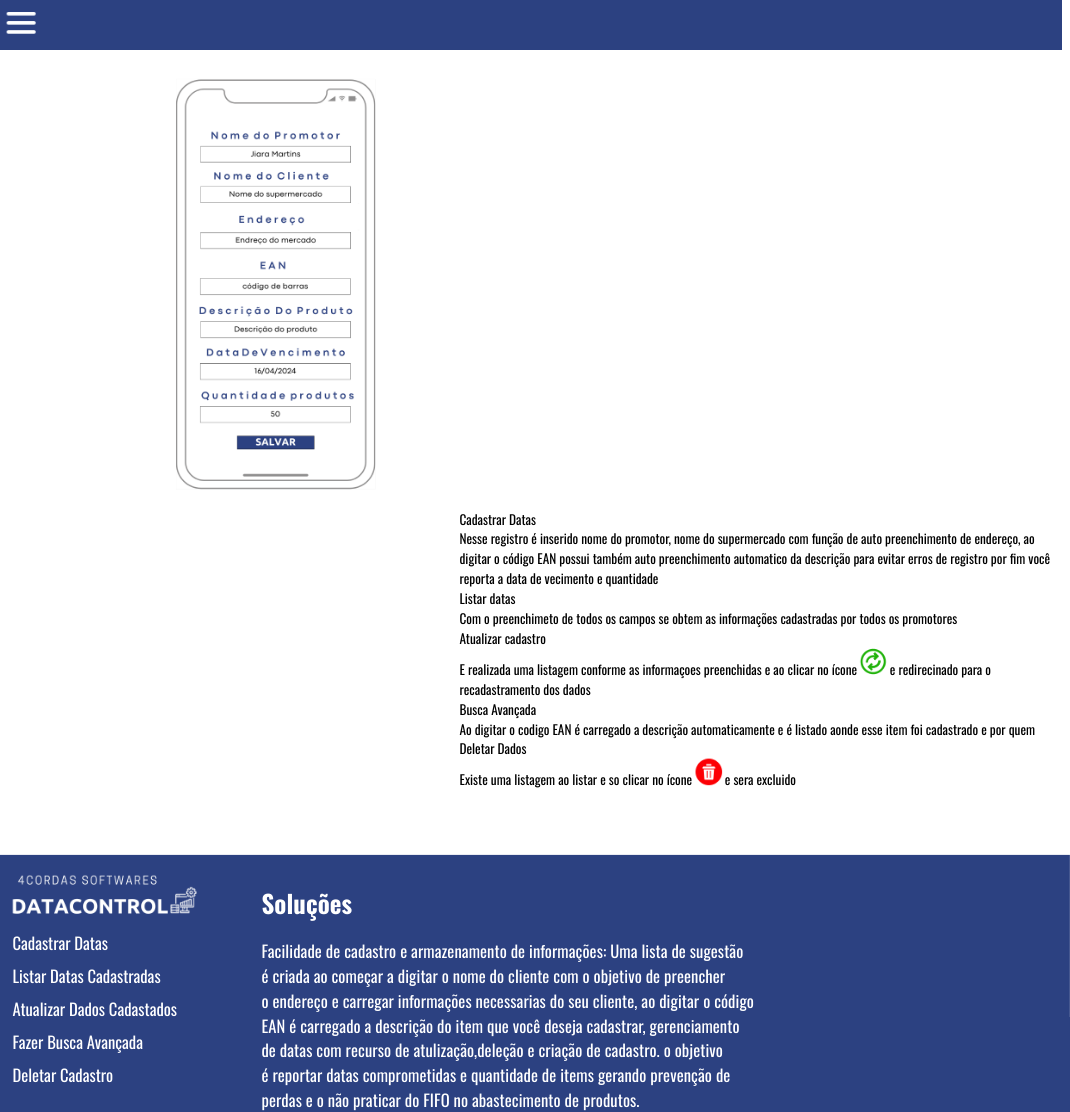
Repository: alfredo-allan/ControleDeDatasFrontEnd
Page: index.html
The author's editor kept a copy of each file at every save. The page is drawn from the files as they stood at one save, then again after a run of saves.
The browser window is 1280 px wide. The page is 1289 px wide, so the pictures cover 1289 px, including what lies to the right of the window. The pictures show the whole page, at 83% of full size.

Above is the page before, as saved 2024-04-30 14:33:00.
Console error: TypeError: Cannot read properties of null (reading 'addEventListener')

### index.html
<!DOCTYPE html>
<html lang="pt-BR">
  <head>
    <meta charset="UTF-8" />
    <meta name="viewport" content="width=device-width, initial-scale=1.0" />
    <link rel="stylesheet" href="./style/style.css" />
    <link rel="preconnect" href="https://fonts.googleapis.com" />
    <link rel="preconnect" href="https://fonts.gstatic.com" crossorigin />
    <link
      href="https://fonts.googleapis.com/css2?family=Oswald:wght@200..700&display=swap"
      rel="stylesheet"
    />
    <title>Controle de Datas</title>
  </head>
  <body>
    <div class="header">
      <div id="menu-icon">
        <img id="icon-menu" src="./images/barra-de-menu.png" alt="" />
      </div>
      <div id="titulo">
        <!-- <h1>Controle De Datas</h1> -->
      </div>
      <div id="menu-options">
        <ul>
          <!-- <img id="usuario" src="./images/usuario-exemplo.jpg" alt="" /> -->
          <a href="pages/cadastro.html"><li>Cadastrar Datas</li></a>
          <a href="pages/listagem.html"><li>Listar Datas</li></a>
          <a href="pages/atualizar.html"><li>Atualizar Cadastro</li></a>
          <a href="pages/buscaavancada.html"><li>Busca Avançada</li></a>
          <a href="pages/deletar.html"><li>Deletar Dados</li></a>
        </ul>
      </div>
    </div>
    <img id="instrucao" src="./images/CadastrarDatas.png" alt="">
    <div class="coluna">
    <ul>
      <span>Cadastrar Datas</span>
      <li>Nesse registro é inserido nome do promotor, nome do supermercado com função de auto preenchimento de endereço, ao digitar o código EAN possui também auto preenchimento automatico da descrição para evitar erros de registro por fim você reporta a data de vecimento e quantidade</li>
      <span>Listar datas</span>
      <li>Com o preenchimeto de todos os campos se  obtem as informações cadastradas por todos os promotores</li>
      <span>Atualizar cadastro</span>
      <li>E realizada uma listagem conforme as informaçoes preenchidas e ao clicar no ícone <img src="./images/repetir.png" alt=""> e redirecinado para o recadastramento dos dados</li>
      <span>Busca Avançada</span>
      <li>Ao digitar o codigo EAN é carregado a descrição automaticamente e é listado aonde esse item foi cadastrado e por quem</li>
      <span>Deletar Dados</span>
      <li>Existe uma listagem ao listar e so clicar no ícone <img src="./images/excluir.png" alt=""> e sera excluido</li>
    </ul>
    </div>
    </div>
    <div class="footer">
      <div id="mapa" class="col-sm-6">
        <img id="tootext" src="./images/data.png" alt="" />
        <ul id="mapadosite">
          <a href="./pages/cadastro.html"><li>Cadastrar Datas</li></a>
          <a href="./pages/listagem.html"><li>Listar Datas Cadastradas</li></a>
          <a href="./pages/atualizar.html"
            ><li>Atualizar Dados Cadastados</li></a
          >
          <a href="./pages/buscaavancada.html"><li>Fazer Busca Avançada</li></a>
          <a href="./pages/deletar.html"><li>Deletar Cadastro</li></a>
        </ul>
      </div>
      <div id="solucao" class="col-sm-6">
        <span>Soluções</span>
        <p>
          Facilidade de cadastro e armazenamento de informações: Uma lista de
          sugestão <br />
          é criada ao começar a digitar o nome do cliente com o objetivo de
          preencher <br />
          o endereço e carregar informações necessarias do seu cliente, ao
          digitar o código <br />
          EAN é carregado a descrição do item que você deseja cadastrar,
          gerenciamento <br />
          de datas com recurso de atulização,deleção e criação de cadastro. o
          objetivo <br />
          é reportar datas comprometidas e quantidade de items gerando prevenção
          de <br />
          perdas e o não praticar do FIFO no abastecimento de produtos.
        </p>
      </div>
    </div>
  </body>
  <script src="./js/script.js"></script>
</html>

### style/style.css
:root {
  --cor-azul: rgb(44, 65, 129);
  --oswald-font: "Oswald", sans-serif;
  --luthier-font: "Luthier";
}

body {
  font-family: var(--oswald-font);
}

@font-face {
  font-family: "Luthier";
  src: url("../fonts/LuthierFF/Luthier-Regular.ttf") format("truetype");
  /* Adicione mais formatos (e.g. woff, woff2) conforme necessário */
}

#titulo h1 {
  font-family: var(--luthier-font);
  letter-spacing: 3px;
  font-weight: 900;
  color: white;
  margin-top: -30px;
  margin-left: 55px;
}

.column {
  display: flex;
  flex-direction: column;
  align-items: center;
  padding: 10px 20px 15px 15px;
  border: 1px solid #ccc;
  border-radius: 5px;
  width: 300px;
  margin: 0 auto;
  span {
    font-weight: 900;
    font-family: var(--luthier-font);
    letter-spacing: 3px;
    margin-bottom: 10px;
    color: var(--cor-azul);
  }
}

#logo img {
  margin-top: 200px;
  width: 250px;
  margin-left: 50px;
}

#logo {
  h1 {
    text-align: center;
    text-wrap: nowrap;
    font-size: 25px;
    font-family: var(--oswald-font);
    font-weight: 900;
    letter-spacing: 2px;
    color: var(--cor-azul);
  }
}

#form {
  margin-top: 80px;
}

input {
  margin-bottom: 5px;
  padding: 5px;
  width: 100%;
  box-sizing: border-box;
  font-weight: 600;
  margin-bottom: 10px;
}

input::placeholder {
  text-align: center;
  color: gray;
  font-family: var(--oswald-font);
  font-weight: 400;
}

input:focus {
  outline-color: var(--cor-azul); /* Altere a cor aqui */
}

.header {
  position: fixed;
  top: 0;
  left: 0;
  width: 100%;
  height: 60px;
  background-color: var(--cor-azul);
}

#icon-menu {
  width: 35px;
  margin-top: 10px;
  z-index: 1;
  margin-left: 8px;
  cursor: pointer;
}

#menu-options ul {
  list-style: none;
  padding: 0;
  margin-left: 5px;
  font-size: 20px;
  font-weight: 500;
  text-wrap: nowrap;
  font-family: var(--oswald-font);
  z-index: 999;
}

#menu-options ul li {
  padding: 10px;
  letter-spacing: 2px;
  cursor: pointer;
  z-index: 999;
}

a {
  text-decoration: none; /* Remove sublinhado */
  color: inherit; /* Mantém a cor padrão do texto */
  /* Adicione quaisquer outros estilos desejados para o link */
}

#menu-options {
  display: none;
  position: absolute;
  top: 0;
  left: 0;
  margin-top: 60px;
  width: 55%;
  height: 41vh;
  border-bottom-right-radius: 15px;
  background-color: var(--cor-azul);
  color: white;
  font-family: var(--oswald-font);
  font-weight: 900;
  z-index: 999;
}

button {
  text-align: center;
  width: 110px;
  height: 30px;
  padding: 6px 30px;
  background-color: rgba(44, 65, 129, 0.897);
  border-radius: 5px;
  color: white;
  border: none;
  border-radius: 5px;
  cursor: pointer;
  font-family: var(--oswald-font);
}

button:focus {
  outline: 2px solid var(--cor-azul);
}

.footer {
  width: 102%;
  position: relative;
  margin-top: 5%;
  margin-left: -8px;
  margin-bottom: -20px;
  background-color: var(--cor-azul);
}

.footer img {
  width: 300px;
  height: 60px;
  margin-top: 2px;
  cursor: pointer;
  margin-left: 10px;
}

#autocomplete-list-id {
  background-color: #f1f1f1;
  border: 1px solid #d4d4d4;
  color: var(--cor-azul);
  border-top: none;
  max-height: 200px;
  overflow-y: auto;
  position: absolute;
  /* z-index: 999; */
  margin-top: -10px;
  margin-left: 60px;
}

.autocomplete-items div {
  padding: 10px;
  cursor: pointer;
  background-color: #fff;
  border-bottom: 1px solid #d4d4d4;
}

.autocomplete-items div:hover {
  background-color: #e9e9e9;
}

.autocomplete-items div strong {
  font-weight: bold;
}

#data-list {
  margin: 0 auto;
  left: 50%;
  transform: translateX(-50%);
  margin: 0 auto;
  left: 50%;
  top: 60%;
  transform: translate(-50%, -50%);
  /* border: 1px solid var(--cor-azul); */
  color: var(--cor-azul);
  border-radius: 5px;
  max-height: 330px;
  overflow-y: auto;
  position: absolute;
  z-index: -1;
  margin-top: 110px;
  margin-left: 0px;
  width: 336px;
  list-style: none;
  .name {
    font-family: var(--oswald-font);
    font-weight: 900;
    font-size: 17px;
  }
  .item {
    font-family: var(--oswald-font);
    font-weight: 500;
    font-size: 15;
    color: rgb(0, 0, 0);
  }
}

/* #promotor {
  line-height: 60px;
} */

#data-list {
  /* Estilos do elemento #data-list */
  /* Defina outras propriedades conforme necessário */

  scrollbar-color: var(--cor-azul) var(--cor-azul); /* Cor da barra de rolagem e do fundo da barra */
}

#data-list::-webkit-scrollbar {
  width: 10px; /* Largura da barra de rolagem */
}

#data-list::-webkit-scrollbar-thumb {
  background-color: white; /* Cor da barra de rolagem */
  border-radius: 5px; /* Raio de borda da barra de rolagem */
}

#texto-descritivo {
  text-align: justify;
  margin-top: 200px;
  position: fixed;
  font-family: var(--luthier-font);
  letter-spacing: 3px;
  line-height: 2;
  margin-right: 8px;
  font-weight: 900;
  color: var(--cor-azul);
}

#del {
  width: 25px;
  margin: -4px;
  margin-left: 20px;
}

#atualizar {
  width: 25px;
  margin: -5px;
  margin-left: 20px;
}

.video {
  width: 100%;
  height: 100vh; /* Altura ocupando toda a tela */
}

.video video {
  position: fixed;
  top: 0;
  left: 0;
  width: 100%;
  height: 20%;
  object-fit: cover;
  margin-top: 52px;
}

.modal {
  display: none; /* Escondido por padrão */
  position: fixed;
  z-index: 1;
  left: 0;
  top: 0;
  width: 100%;
  height: 100%;
  overflow: auto;
  background-color: rgba(0, 0, 0, 0.4);
}

.modal-content {
  background-color: #fefefe;
  margin: 15% auto;
  padding: 20px;
  border: 2px solid #888;
  width: 80%;
  border-radius: 10px;
  p {
    text-align: center;
    font-family: var(--luthier-font);
    letter-spacing: 3px;
    font-weight: 600;
    color: var(--cor-azul);
  }
}

.close {
  color: #aaa;
  float: right;
  font-size: 28px;
  font-weight: bold;
}

.close:hover,
.close:focus {
  color: black;
  text-decoration: none;
  cursor: pointer;
}

#modalbtn {
  text-align: center;
}

#confirmButton {
  margin-right: 5px;
}

#tootext {
  margin-left: -40px;
  margin-top: 20px;
}

#mapadosite {
  font-family: var(--oswald-font);
  list-style: none;
  margin-top: 0px;
  line-height: 40px;
  text-align: left;
  margin-left: -25px;
  color: white;
  font-size: 20px;
}

#mapa {
  text-align: left;
}

#solucao {
  margin-top: -270px;
  margin-left: 315px;
  font-family: var(--oswald-font);
  letter-spacing: 0.1px;
  color: white;
  span {
    font-size: 30px;
    font-weight: 900;
  }
  p {
    font-size: 20px;
    text-align: left;
  }
}

@media (min-width: 310px) and (max-width: 580px) {
  #solucao {
    margin-top: -10px;
    margin-left: -200px;
    text-align: center;
  }
}

@media (min-width: 310px) and (max-width: 580px) {
  #solucao span {
    margin-left: -30px;
  }
}

@media (min-width: 310px) and (max-width: 580px) {
  #solucao p {
    font-size: 20px;
    text-align: left;
    margin-left: 215px;
  }
}

@media (min-width: 310px) and (max-width: 580px) {
  .footer {
    margin-top: 20%;
    position: absolute;
    margin-left: -8px;
    width: 100%;
    margin-bottom: 0px;
  }
}

.footer_pg {
  position: fixed;
  left: 0;
  bottom: 0;
  width: 100%;
  height: 60px;
  background-color: var(--cor-azul);
}

@media (min-width: 310px) and (max-width: 580px) {
  .footer_pg img {
    margin-left: auto;
    margin-right: auto;
    display: block;
  }
}

#instrucao {
  margin-top: 80px;
  width: 250px;
  margin-left: 200px;
}

@media (min-width: 500px) and (max-width: 1200px) {
  #instrucao {
    margin-left: 20px;
  }
}

.coluna {
  display: flex;
  flex-direction: column;
  justify-content: center;
  margin-left: 40%;
  margin-top: ;
  li {
    list-style: none;
  }
  span {
  }

}

### js/script.js
document.addEventListener("DOMContentLoaded", function () {
  carregarDados();

  document
    .getElementById("data-vencimento")
    .addEventListener("input", formatarData);

  document.getElementById("ean").addEventListener("input", function () {
    var eanSelecionado = document.getElementById("ean").value;
    preencherDescricaoPorEAN(eanSelecionado);
  });
});

function formatarData() {
  let inputData = document.getElementById("data-vencimento").value;

  let dataFormatada = inputData.replace(/^(\d{2})(\d{2})(\d{2})$/, "$1/$2/$3");

  document.getElementById("data-vencimento").value = dataFormatada;
}

function preencherDescricaoPorEAN(ean) {
  fetch("../frutap.json")
    .then((response) => response.json())
    .then((data) => {
      const mercados = data.mercados;

      for (let mercado of mercados) {
        const produto = mercado.produtos.find(
          (produto) => produto.codigoEAN === ean
        );
        if (produto) {
          document.getElementById("descricao-produto").value =
            produto.descricao;
          return; // Encerra o loop assim que encontrar o produto correspondente
        }
      }

      // Se não encontrou nenhum produto com o código EAN correspondente
      document.getElementById("descricao-produto").value =
        "Produto não encontrado";
    })
    .catch((error) => {
      console.error("Erro ao carregar os dados do arquivo JSON:", error);
    });
}

function carregarDados() {
  fetch("../frutap.json")
    .then((response) => {
      if (response.ok) {
        return response.json();
      } else {
        throw new Error("Erro ao carregar os dados");
      }
    })
    .then((data) => {
      if (data && data.mercados) {
        const mercados = data.mercados.map((mercado) => mercado.nome);
        const codigosEAN = data.mercados.map((mercado) => mercado.codigoEAN);
        const enderecos = data.mercados.map((mercado) => mercado.endereco);

        autocomplete(document.getElementById("nome-cliente"), mercados, data);
        autocomplete(document.getElementById("ean"), codigosEAN);
        autocomplete(
          document.getElementById("endereco-cliente"),
          enderecos,
          data
        );
      } else {
        console.error("Formato de dados inválido");
      }
    })
    .catch((error) => {
      console.error("Erro ao carregar os dados do arquivo JSON:", error);
    });
}
function autocomplete(inp, arr, data) {
  var currentFocus;

  inp.addEventListener("input", function (e) {
    var a,
      b,
      i,
      val = this.value;
    closeAllLists();
    if (!val) {
      return false;
    }
    currentFocus = -1;
    a = document.createElement("DIV");
    a.setAttribute("id", "autocomplete-list-id");
    a.setAttribute("class", "autocomplete-items");
    this.parentNode.appendChild(a);
    for (i = 0; i < arr.length; i++) {
      if (
        arr[i] &&
        arr[i].substr(0, val.length).toUpperCase() == val.toUpperCase()
      ) {
        b = document.createElement("DIV");
        b.innerHTML = "<strong>" + arr[i].substr(0, val.length) + "</strong>";
        b.innerHTML += arr[i].substr(val.length);
        b.innerHTML += "<input type='hidden' value='" + arr[i] + "'>";
        b.addEventListener("click", function (e) {
          inp.value = this.getElementsByTagName("input")[0].value;
          closeAllLists();
          // Preencher o campo de Endereço do mercado ao selecionar o nome do mercado
          var selectedMarket = this.getElementsByTagName("input")[0].value;
          var mercadoSelecionado = data.mercados.find(
            (mercado) => mercado.nome === selectedMarket
          );
          if (mercadoSelecionado) {
            var enderecoCompleto =
              mercadoSelecionado.endereco.rua +
              ", " +
              mercadoSelecionado.endereco.bairro +
              ", " +
              mercadoSelecionado.endereco.cidade +
              ", " +
              mercadoSelecionado.endereco.estado;
            document.getElementById("endereco-cliente").value =
              enderecoCompleto;
          }
        });
        a.appendChild(b);
      }
    }
  });

  function closeAllLists(elmnt) {
    var x = document.getElementsByClassName("autocomplete-items");
    for (var i = 0; i < x.length; i++) {
      if (elmnt != x[i] && elmnt != inp) {
        x[i].parentNode.removeChild(x[i]);
      }
    }
  }

  document.addEventListener("click", function (e) {
    closeAllLists(e.target);
  });
}

const menuIcon = document.getElementById("menu-icon");
const menuOptions = document.getElementById("menu-options");

menuIcon.addEventListener("click", function () {
  if (menuOptions.style.display === "none") {
    menuOptions.style.display = "block";
  } else {
    menuOptions.style.display = "none";
  }
});

document.getElementById("btn-salvar").addEventListener("click", function () {
  const nomePromotor = document.getElementById("nome-promotor").value;
  const nomeCliente = document.getElementById("nome-cliente").value;
  const enderecoCliente = document.getElementById("endereco-cliente").value;
  const ean = document.getElementById("ean").value;
  const descricaoProduto = document.getElementById("descricao-produto").value;
  const dataVencimento = document.getElementById("data-vencimento").value;
  const quantidadeProdutos = document.getElementById(
    "quantidade-produtos"
  ).value;

  fetch("https://v1controledatas.pythonanywhere.com/salvar-dados", {
    method: "POST",
    headers: {
      "Content-Type": "application/json",
    },
    body: JSON.stringify({
      nomePromotor: nomePromotor,
      nomeCliente: nomeCliente,
      enderecoCliente: enderecoCliente,
      ean: ean,
      descricaoProduto: descricaoProduto,
      dataVencimento: dataVencimento,
      quantidadeProdutos: quantidadeProdutos,
    }),
  })
    .then((response) => {
      if (response.ok) {
        // alert("Dados salvos com sucesso!");
      } else {
        throw new Error("Erro ao salvar os dados");
      }
    })
    .catch((error) => {
      console.error("Erro ao salvar os dados:", error);
    });
});

// Selecionando o botão de fechar e o modal

Loaded but not shown: frutap.json (455 lines, source omitted)

After the next 2 saves:
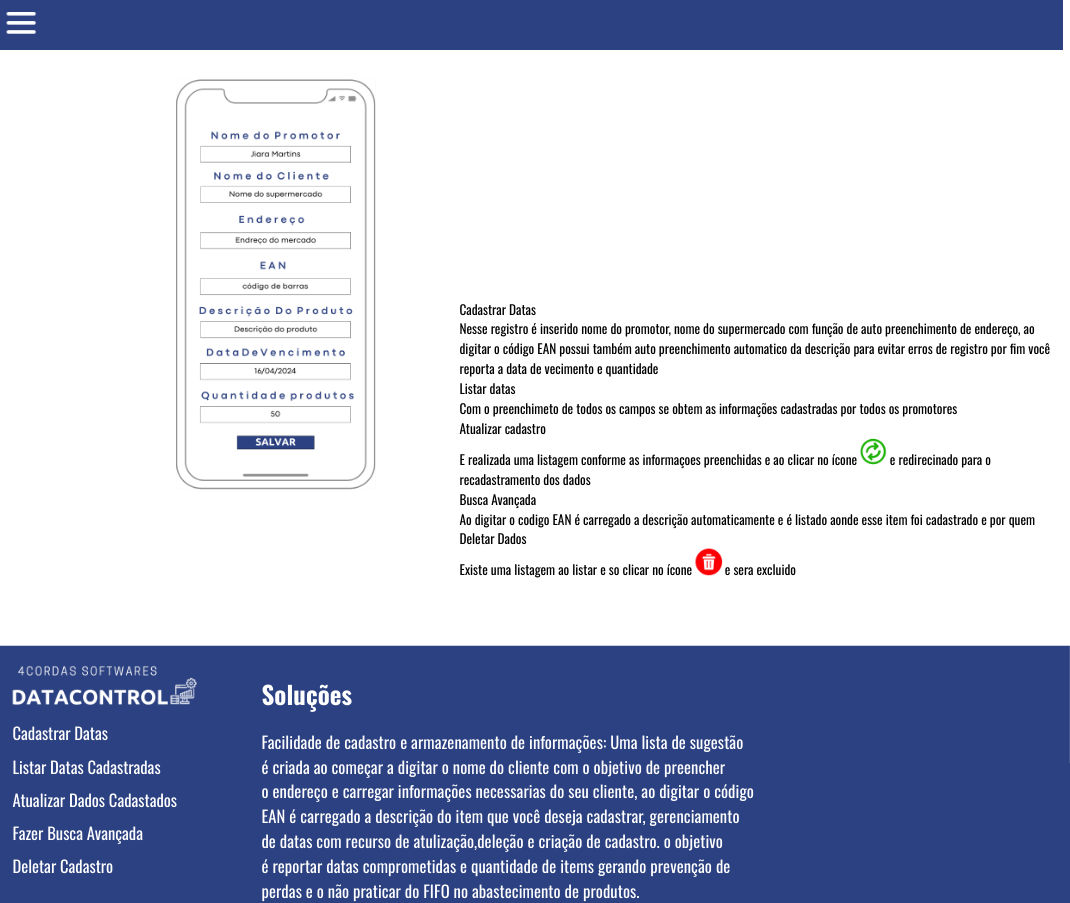
The 2 saves are shown as one change because they came seconds apart.
The last was saved 6 s later.
--- a/style/style.css
+++ b/style/style.css
@@ -446,7 +446,7 @@ button:focus {
   flex-direction: column;
   justify-content: center;
   margin-left: 40%;
-  margin-top: ;
+  margin-top: -20%;
   li {
     list-style: none;
   }
